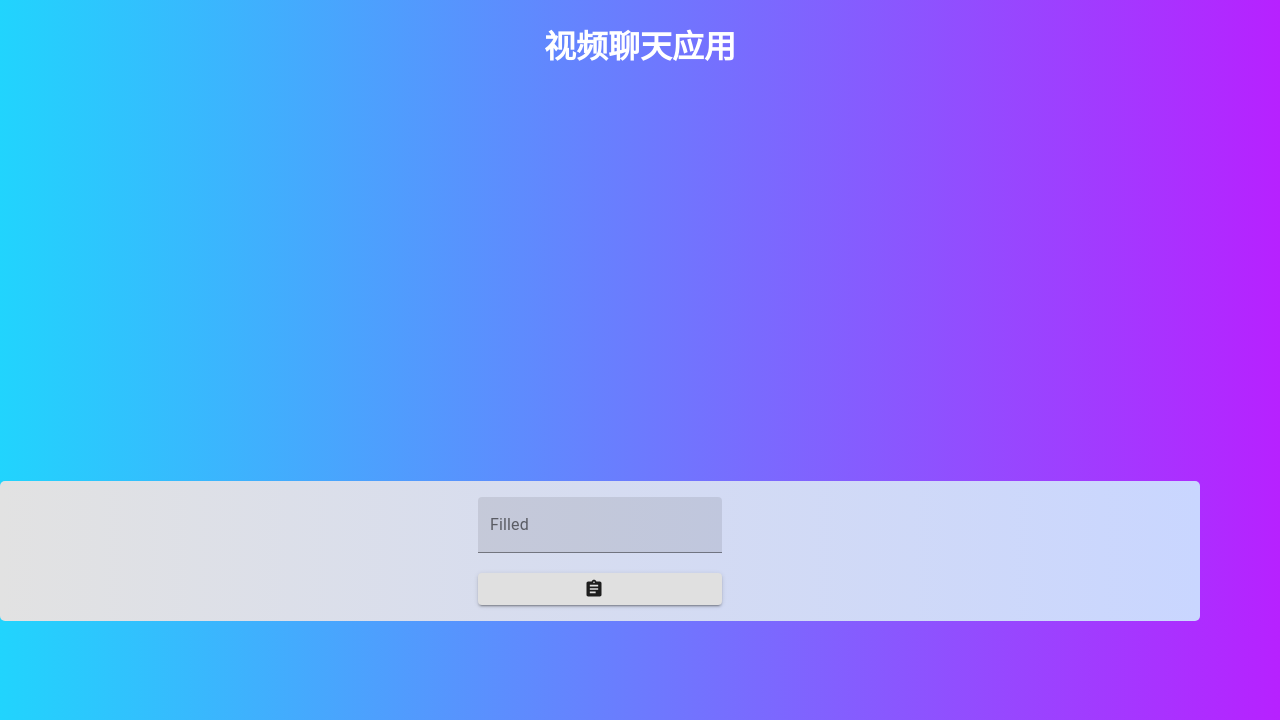
Repository: CodeFreedom-A/webRtc
Page: /
An editor plug-in stored every save of this project. The page is shown before and after the next save, followed by the edit.
The browser window is 1280 px wide. The pictures show the whole page.
The page's requests for data from a server got no answer. The project was rebuilt for these pictures with package versions that can differ from the ones it lists, and the page was loaded fresh each time. No one was signed in, and anything a server would have sent is missing.

Above is the page before, as saved 2022-12-21 17:15:05.

### src/App.js
/*
 * @Author: sunheng
 * @Date: 2022-12-21 15:50:22
 * @LastEditors: sunheng
 * @LastEditTime: 2022-12-21 17:14:14
 * @Description: 请填写简介
 */

import Button from "@material-ui/core/Button";
import IconButton from "@material-ui/core/IconButton";
import TextField from "@material-ui/core/TextField";
import AssignmentIcon from "@material-ui/icons/Assignment";
import PhoneIcon from "@material-ui/icons/Phone";
import React, { useEffect, useRef, useState } from "react";
import { CopyToClipboard } from "react-copy-to-clipboard";
import Peer from "simple-peer";
import io from "socket.io-client";
import "./App.css";
// 客户端socket链接
const socket = io.connect("http//localhost:5000");
function App() {
  const [stream, setStream] = useState(null);
  const [name, setName] = useState(null);
  const Myvideo = useRef();
  //
  useEffect(() => {
    navigator.mediaDevices
      .getUserMedia({ video: true, audio: true })
      .then((res) => {
        console.log(res);
        setStream(res);
        Myvideo.current.srcObject = res;
      })
      .catch((err) => {
        console.log("没有摄像头", err);
      });
  }, []);
  return (
    <>
      <h1 style={{ textAlign: "center", color: "#fff" }}>视频聊天应用</h1>
      <div className="container">
        {/* 视频容器 */}
        <div className="video-container">
          <div className="video">
            <video
              playsInline
              muted
              autoPlay
              style={{ width: "500px" }}
              ref={Myvideo}
            ></video>
          </div>
        </div>
      </div>

      <div className="myId">
        <TextField
          id="filled-basic"
          label="Filled"
          variant="filled"
          value={name}
          style={{ marginBottom: "20px" }}
          onChange={(e) => setName(e.target.value)}
        />
        <CopyToClipboard>
          <Button
            variant="contained"
            startIcon={<AssignmentIcon fontSize="large" />}
          ></Button>
        </CopyToClipboard>
      </div>
    </>
  );
}

export default App;

### src/App.css
.container {
  display: grid;
  grid-template-columns: 7fr 3fr;
  margin-top: 10rem;
}


.video-container {
  display: grid;
  grid-template-columns: 1fr 1fr;
  justify-content: center;
  align-content: center;

  margin-left: 10rem;
}


/* 右侧面板 */

.myId {
  margin-right: 5rem;
  border-radius: 5px;
  background: #c9d6ff;
  background: linear-gradient(to right,
      #e2e2e2,
      #c9d6ff);

  padding: 1rem;
  display: grid;
  justify-content: center;
  align-content: center;
}

.call-button {
  text-align: center;
  margin-top: 2rem;
}



.caller {
  text-align: center;
  color: #fff;
}

body {
  background-image: linear-gradient(to right, #21D4FD 0%, #B721FF 100%);

}

Loaded but not shown: public/index.html (common file); src/index.js (common file); src/index.css (common file); src/reportWebVitals.js (common file)

After the next save:
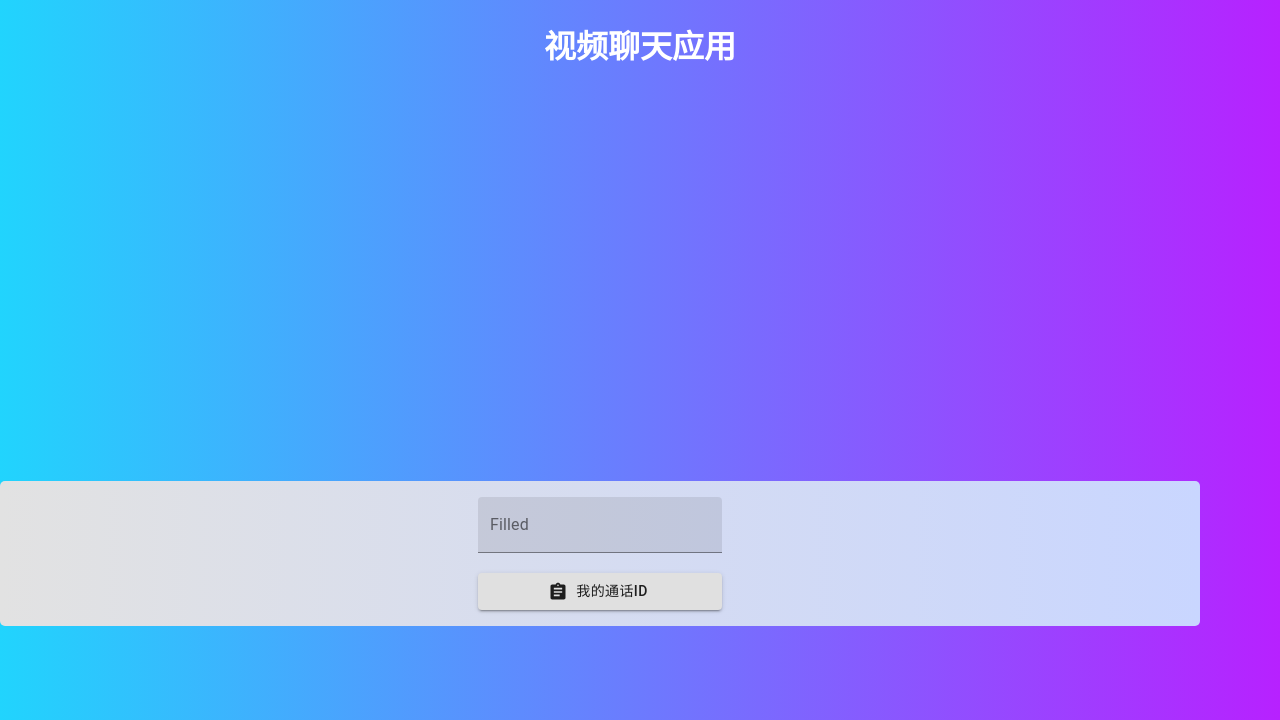
Saved 14 s later.
--- a/src/App.js
+++ b/src/App.js
@@ -2,7 +2,7 @@
  * @Author: sunheng
  * @Date: 2022-12-21 15:50:22
  * @LastEditors: sunheng
- * @LastEditTime: 2022-12-21 17:14:14
+ * @LastEditTime: 2022-12-21 17:15:19
  * @Description: 请填写简介
  */
 
@@ -66,7 +66,9 @@ function App() {
           <Button
             variant="contained"
             startIcon={<AssignmentIcon fontSize="large" />}
-          ></Button>
+          >
+            我的通话ID
+          </Button>
         </CopyToClipboard>
       </div>
     </>
